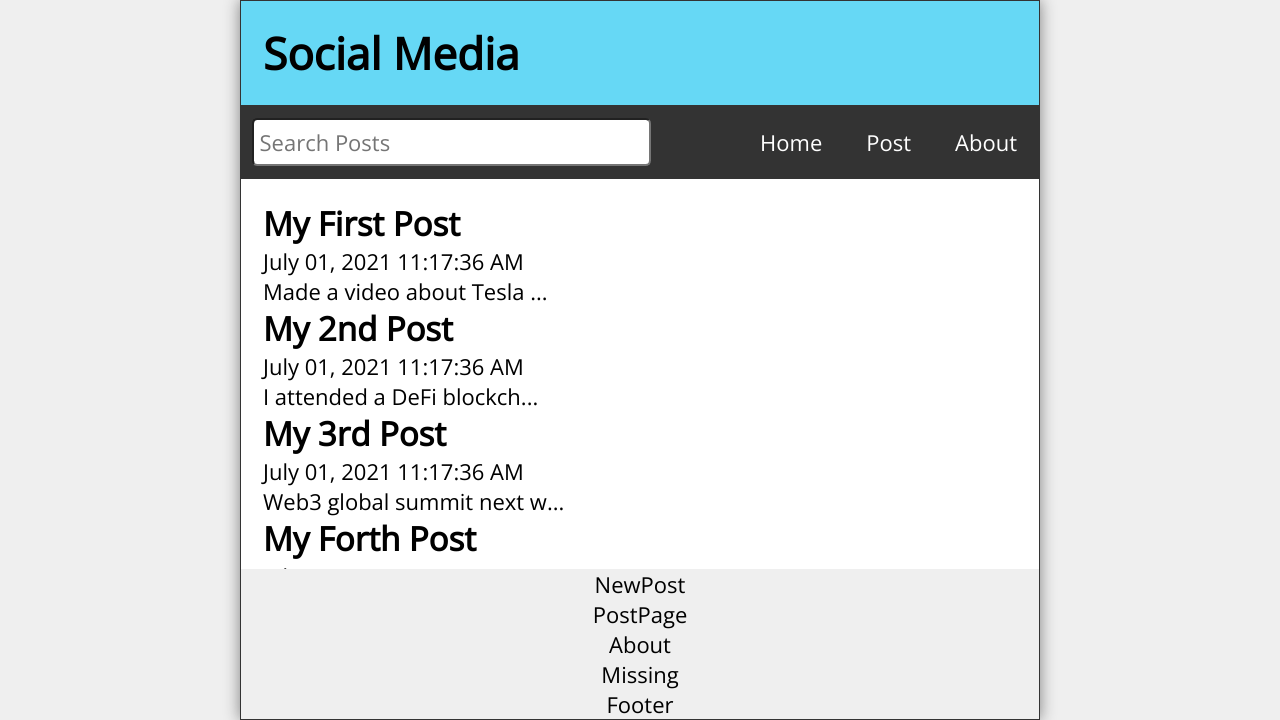
Repository: Kisho14/react_social_app_netlify
Page: /post
The author's editor kept a copy of each file at every save. The page is drawn from the files as they stood at one save, then again after the next save.
The browser window is 1280 px wide. The pictures show the whole page.
An inner scrolling area shows only its first screen. The project was rebuilt for these pictures with package versions that can differ from the ones it lists, and the page was loaded fresh each time.

Above is the page before, as saved 2024-02-05 21:59:43.

### src/App.js
import Header from './Header.js';
import Footer from './Footer.js';
import Nav from './Nav.js';
import Home from './Home.js';
import Missing from './Missing.js';
import NewPost from './NewPost.js';
import PostPage from './PostPage.js';
import About from './About.js';
import { useState } from 'react';

function App() {
  const [posts, setPosts] = useState([
    {
      id: 1,
      title: "My First Post",
      datetime: "July 01, 2021 11:17:36 AM",
      body: "Made a video about Tesla Q1 results"
    },
    {
      id: 2,
      title: "My 2nd Post",
      datetime: "July 01, 2021 11:17:36 AM",
      body: "I attended a DeFi blockchain event"
    },
    {
      id: 3,
      title: "My 3rd Post",
      datetime: "July 01, 2021 11:17:36 AM",
      body: "Web3 global summit next week"
    },
    {
      id: 4,
      title: "My Forth Post",
      datetime: "July 01, 2021 11:17:36 AM",
      body: "ETH will outperform BTC"
    }
  ])
  const [search, setSearch] = useState('')
  const [searchResults, setSearchResults] = useState([])

  // console.log(posts);

  return (
    <div className="App">
      <Header title="Social Media"/>
      <Nav search={search} setSearch={setSearch}/>
      <Home posts={posts}/>
      <NewPost />
      <PostPage />
      <About />
      <Missing />
      <Footer />
    </div>
  );
}

export default App;

### src/Header.js
import React from 'react'

const Header = ({title}) => {
  return (
    <header className='Header'>
        <h1>{title}</h1>
    </header>

  )
}

export default Header

### src/Nav.js
import React from 'react'
import { Link } from 'react-router-dom'

const Nav = ({search, setSearch}) => {
  return (
    <nav className='Nav'>
        <form className='searchForm' onSubmit={(e) => e.preventDefault()}>
            <label htmlFor="search">Search Posts</label>
            <input type="text"
                id='search'
                placeholder='Search Posts'
                value={search}
                onChange={(e) => setSearch(e.target.value)}
            />
        </form>
        <ul>
            <li><Link to='/'>Home</Link></li>
            <li><Link to='post'>Post</Link></li>
            <li><Link to='about'>About</Link></li>
        </ul>
    </nav>
  )
}

export default Nav

### src/Home.js
import React from 'react'
import Feed from './Feed'

const Home = ({posts}) => {
  return (
    <main className='Home'>
        {posts.length ?
        (<Feed posts={posts} />) :
        (<p style={{marginTop:'2rem'}}>No posts to display.</p>)
        }
    </main>
  )
}

export default Home

### src/Missing.js
import React from 'react'

const Missing = () => {
  return (
    <div>Missing</div>
  )
}

export default Missing

### src/Feed.js
import React from 'react'
import Post from './Post'

const Feed = ({posts}) => {
  return (
    <>
        {posts.map(post => (
            <Post Key={post.id} post={post} />
        ))}
    </>
  )
}

export default Feed

### src/Post.js
import React from 'react'

const Post = ({post}) => {
  return (
    <article>
        <h2>{post.title}</h2>
        <p>{post.datetime}</p>
        <p>{
            (post.body).length <= 25 ? post.body : `${(post.body).slice(0,25)}...`
        }</p>
    </article>
  )
}

export default Post

Loaded but not shown: public/index.html (common file); src/index.js (common file); src/index.css (common file); src/Footer.js (common file); src/NewPost.js (common file); src/PostPage.js (common file); src/About.js (common file)

After the next save:
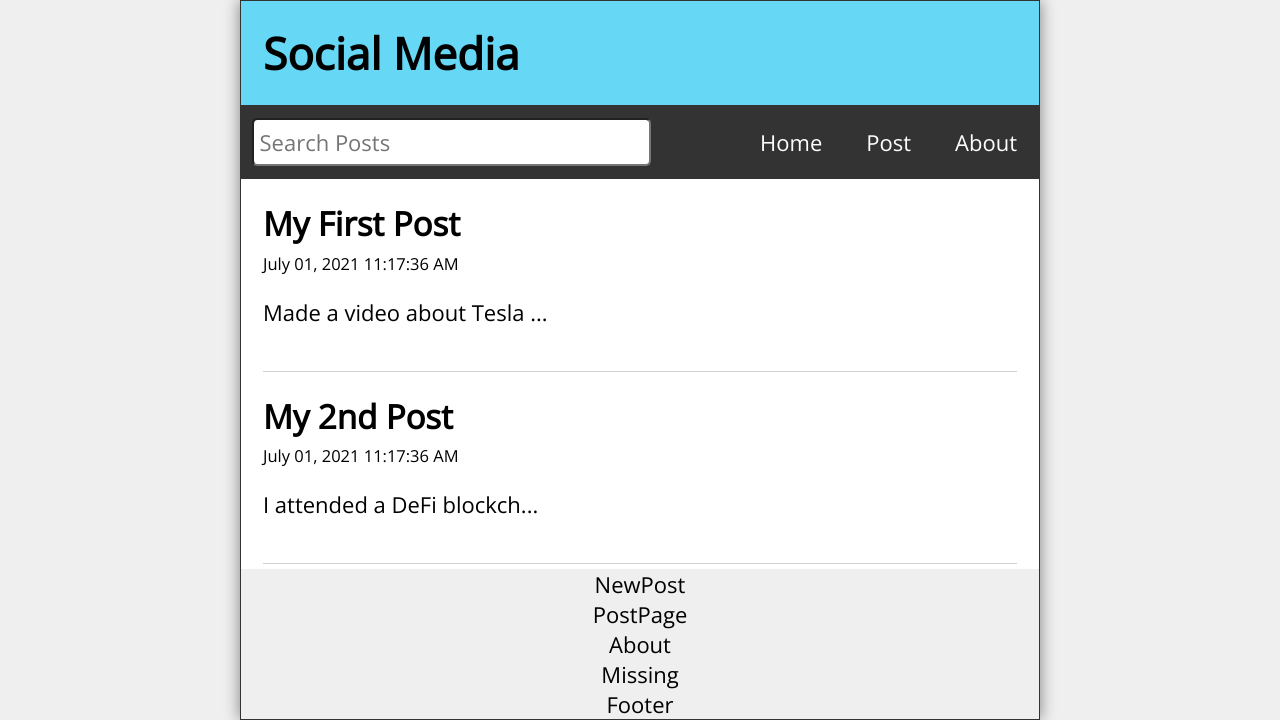
Saved 4 min 18 s later.
--- a/src/Post.js
+++ b/src/Post.js
@@ -2,10 +2,10 @@ import React from 'react'
 
 const Post = ({post}) => {
   return (
-    <article>
+    <article className='post'>
         <h2>{post.title}</h2>
-        <p>{post.datetime}</p>
-        <p>{
+        <p className='postDate'>{post.datetime}</p>
+        <p className='postBody'>{
             (post.body).length <= 25 ? post.body : `${(post.body).slice(0,25)}...`
         }</p>
     </article>
